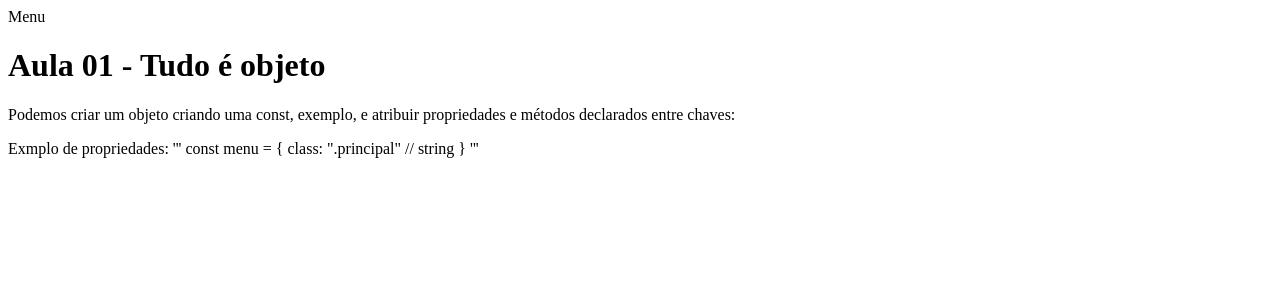
Repository: rvlyra/Js-Estudos-Aplicados
Page: Js - Estudos Aplicados/01-Tudo_e_objeto/index.html
These files come from the project's save history. The page is drawn as it stood at one moment and after the next save; the edit follows.
The browser window is 1280 px wide. The pictures show the whole page.

Above is the page before, as saved 2022-07-05 20:17:55.

After the next save:
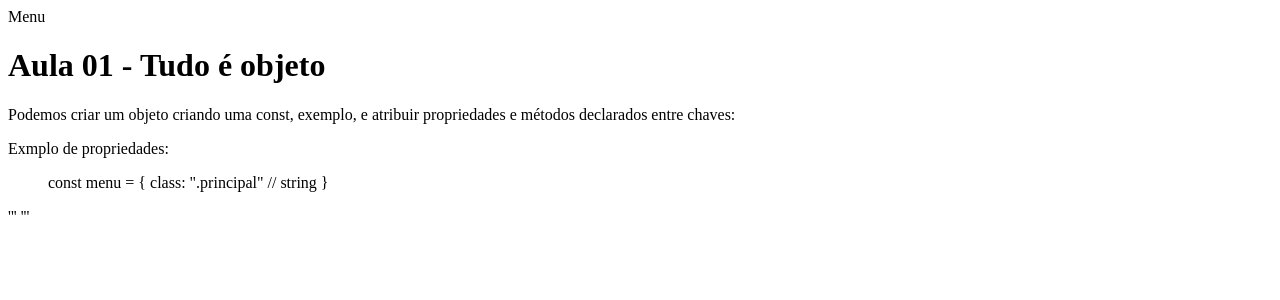
Saved 27 s later.
--- a/Js - Estudos Aplicados/01-Tudo_e_objeto/index.html
+++ b/Js - Estudos Aplicados/01-Tudo_e_objeto/index.html
@@ -17,11 +17,12 @@
     <p>
         Exmplo de propriedades:
 
-
+        <blockquote>
+            const menu = {
+                class:  ".principal" // string
+            }
+        </blockquote>
         '''
-        const menu = {
-            class:  ".principal" // string
-        }
         '''
     </p>
     <p>
